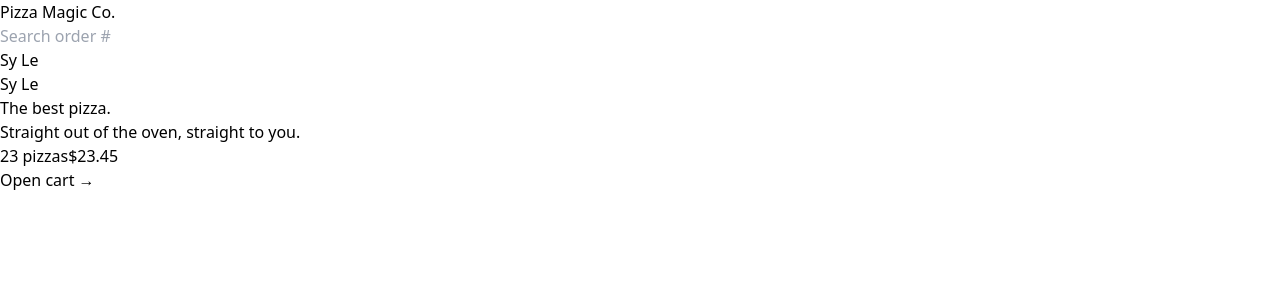
Repository: SyLe-Van/The-Pizza-Magic-web
Page: /
These files come from the project's save history. The page is drawn as it stood at one moment and after the next save; the edit follows.
The browser window is 1280 px wide. The pictures show the whole page.
The project was rebuilt for these pictures with package versions that can differ from the ones it lists, and the page was loaded fresh each time. Also part of the build but not shown: vite.config.js, src/ui/Loader.jsx, src/services/apiRestaurant.js, src/features/menu/Menu.jsx, src/features/cart/Cart.jsx, src/ui/Error.jsx, src/features/order/CreateOrder.jsx, src/utils/helpers.js and 1 more. Imported but missing from the stored project, and not drawn on this page: src/features/menu/MenuItem.

Above is the page before, as saved 2024-07-25 17:33:24.

### index.html
<!doctype html>
<html lang="en">
  <head>
    <meta charset="UTF-8" />
    <link rel="icon" type="image/svg+xml" href="/vite.svg" />
    <meta name="viewport" content="width=device-width, initial-scale=1.0" />
    <title>Vite + React</title>
  </head>
  <body clas="bg-stone-100 text-stone-700">
    <div id="root"></div>
    <script type="module" src="/src/main.jsx"></script>
  </body>
</html>

### src/App.jsx
import {RouterProvider, createBrowserRouter } from "react-router-dom"
import Home from "./ui/Home"
import AppLayout from "./ui/AppLayout"
import Menu, {loader as menuLoader} from "./features/menu/Menu"
import Cart from "./features/cart/Cart"
import Error from "./ui/Error"
import CreateOrder, {action as CreateOrderAction} from "./features/order/CreateOrder"
import Order, {loader as orderLoader} from "./features/order/Order"
const router = createBrowserRouter([
  {
    element: <AppLayout />,
    errorElement: <Error />,
    children: [
      {
        path: "/",
        element: <Home />
      },
      {
        path: "/menu",
        element: <Menu />,
        loader: menuLoader,
        errorElement: <Error />,
      },
      {
        path: "/cart",
        element: <Cart />
      },
      {
        path: "/order/new",
        element: <CreateOrder />,
        action: CreateOrderAction,
      },
      {
        path: "/order/:orderId",
        element: <Order />,
        loader: orderLoader,
        errorElement: <Error />,
      }
    ]
  },


])

export default function App() {
  return <RouterProvider router={router} />
}

### src/index.css
@tailwind base;
@tailwind components;
@tailwind utilities;
/* body {
  font-family: system-ui, -apple-system, BlinkMacSystemFont, 'Segoe UI', Roboto,
    Oxygen, Ubuntu, Cantarell, 'Open Sans', 'Helvetica Neue', sans-serif;
  background-color: #f7f7f7;
  color: #444;
}

.layout {
  display: grid;
  grid-template-rows: auto 1fr auto;
  gap: 32px;
  height: 100dvh;

} */

/* https://dev.to/afif/i-made-100-css-loaders-for-your-next-project-4eje */
.loader {
  width: 45px;
  aspect-ratio: 0.75;
  --c: no-repeat linear-gradient(#333 0 0);
  background: var(--c) 0% 50%, var(--c) 50% 50%, var(--c) 100% 50%;
  background-size: 20% 50%;
  animation: loading 1s infinite linear;
}

@keyframes loading {
  20% {
    background-position: 0% 0%, 50% 50%, 100% 50%;
  }
  40% {
    background-position: 0% 100%, 50% 0%, 100% 50%;
  }
  60% {
    background-position: 0% 50%, 50% 100%, 100% 0%;
  }
  80% {
    background-position: 0% 50%, 50% 50%, 100% 100%;
  }
}

### src/ui/Home.jsx
import CreateUser from "../features/user/CreateUser";

function Home() {
  return (
    <div>
      <h1 className="text-xl font-semibold text-center ">
        The best pizza.
        <br />
        <span className="text-yellow-500 ">
          Straight out of the oven, straight to you.
        </span>
      </h1>
    </div>
  );
}

export default Home;

### src/ui/AppLayout.jsx
import { Outlet, useNavigation } from "react-router-dom";
import CartOverview from "../features/cart/CartOverview";
import Header from "./Header";
import Loader from "./Loader";
export default function AppLayout() {
    const navigation = useNavigation()
    const isLoading = navigation.state === "loading"
    return (
        <div className="layout">
            {isLoading && <Loader />}
            <Header />
            <main>
                <Outlet />
            </main>
            <CartOverview />
        </div>
    )
}

### src/features/cart/CartOverview.jsx
import { Link } from "react-router-dom";
export default function CartOverview() {
  return (
    <div className="bg-stone-800 text-stone-200 uppercase">
      <p className="text-stone-300 font-semibold">
        <span>23 pizzas</span>
        <span>$23.45</span>
      </p>
      <Link to='/cart'>Open cart &rarr;</Link>
    </div>
  );
}

### src/ui/Header.jsx
import { Link } from "react-router-dom";
import Username from "../features/user/Username";
import SearchOrder from "../features/order/SearchOrder";

export default function Header() {
    return (
        <header className="bg-yellow-500 uppercase">
            <Link className="tracking-widest" to="/">Pizza Magic Co.</Link>
            <SearchOrder />

            <Username />
            <p>Sy Le</p>
        </header>
    )
}

### src/features/user/Username.jsx
function Username() {
    return (
        <div className="text-sm font-semibold">Sy Le</div>
    )
}

export default Username;

### src/features/order/SearchOrder.jsx
import {useState} from 'react';
import { useNavigate } from 'react-router-dom';
export default function SearchOrder() {
    const [query, setQuery] = useState("");
    const navigate = useNavigate()

    function handleSubmit(e) {
        e.preventDefault();
        if (!query) return;
        navigate('/order/' + query)
        setQuery("")
    }
    return (
        <form onSubmit={handleSubmit}>
            <input  placeholder="Search order #"
                    value={query}
                    onChange={e => setQuery(e.target.value)} />

        </form>
    )
}

### tailwind.config.js
/** @type {import('tailwindcss').Config} */
module.exports = {
  content: ["./index.html", "./src/**/*.{html,js, jsx, tsx}"],
  theme: {
    extend: {},
  },
  plugins: [],
};

Loaded but not shown: src/main.jsx (common file); src/features/user/CreateUser.jsx (common file)

After the next save:
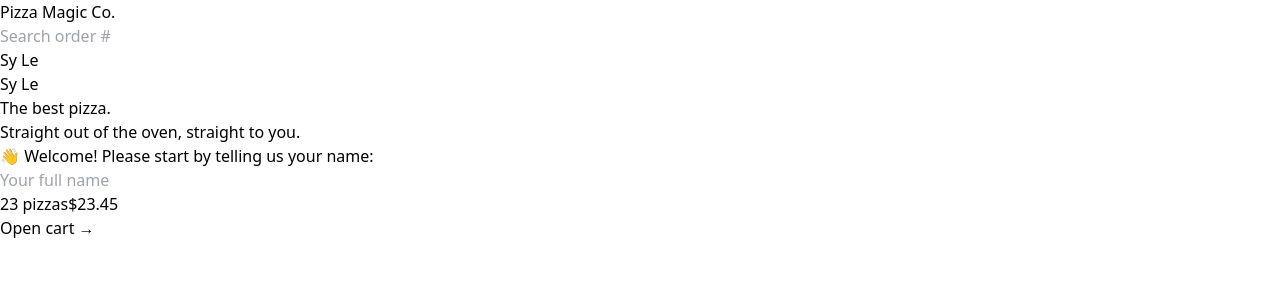
Saved 29 s later.
--- a/src/ui/Home.jsx
+++ b/src/ui/Home.jsx
@@ -10,6 +10,8 @@ function Home() {
           Straight out of the oven, straight to you.
         </span>
       </h1>
+
+      <CreateUser />
     </div>
   );
 }
